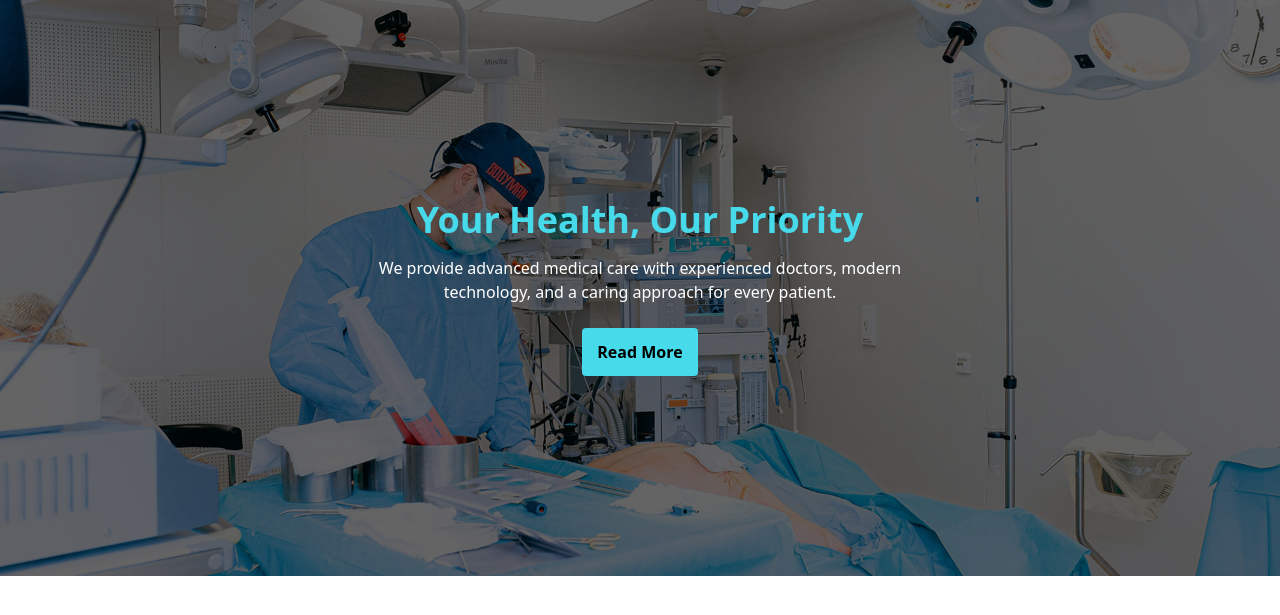
Repository: ahmedkhaleddev02-del/DoctorAppointment-MERN
Page: / (app in frontend/frontend/)
An editor plug-in stored every save of this project. The page is shown before and after the next save, followed by the edit.
The browser window is 1280 px wide. The pictures show the whole page.
The pointer rests on the first visible `button`.
The project was rebuilt for these pictures with package versions that can differ from the ones it lists, and the page was loaded fresh each time.

Above is the page before, as saved 2025-07-27 17:52:58.

After the next save:
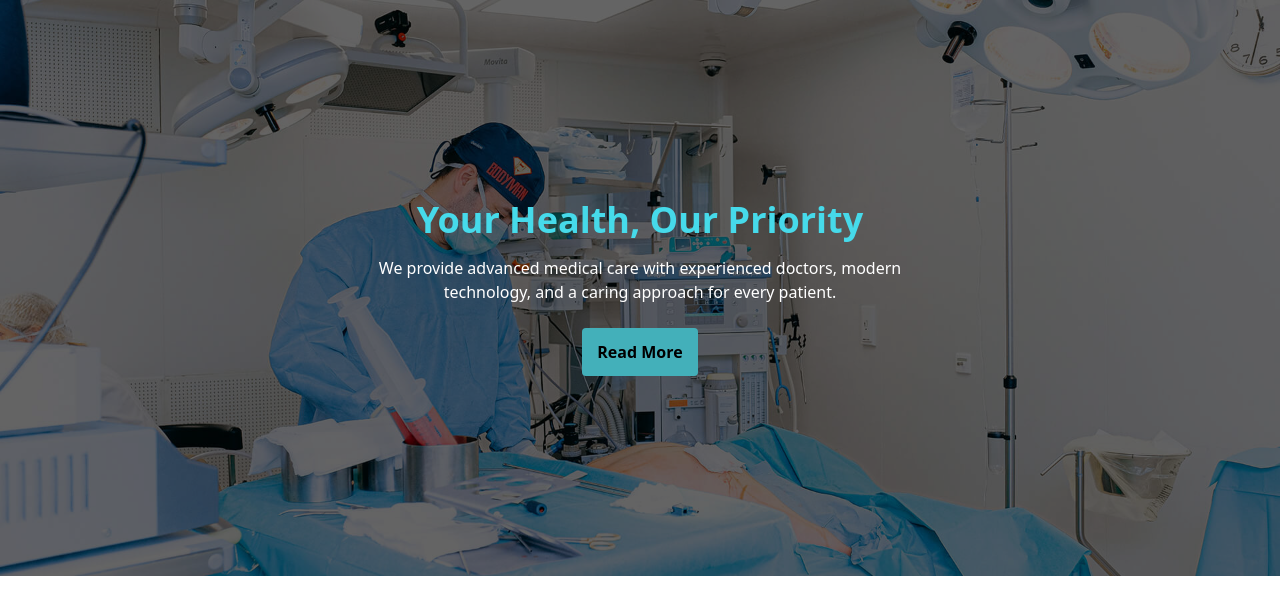
Saved 7 s later.
--- a/frontend/frontend/src/index.css
+++ b/frontend/frontend/src/index.css
@@ -20,5 +20,5 @@
 }
 
 button:hover{
-  background: #43b0ba;
+  background: #43b0ba !important;
 }
